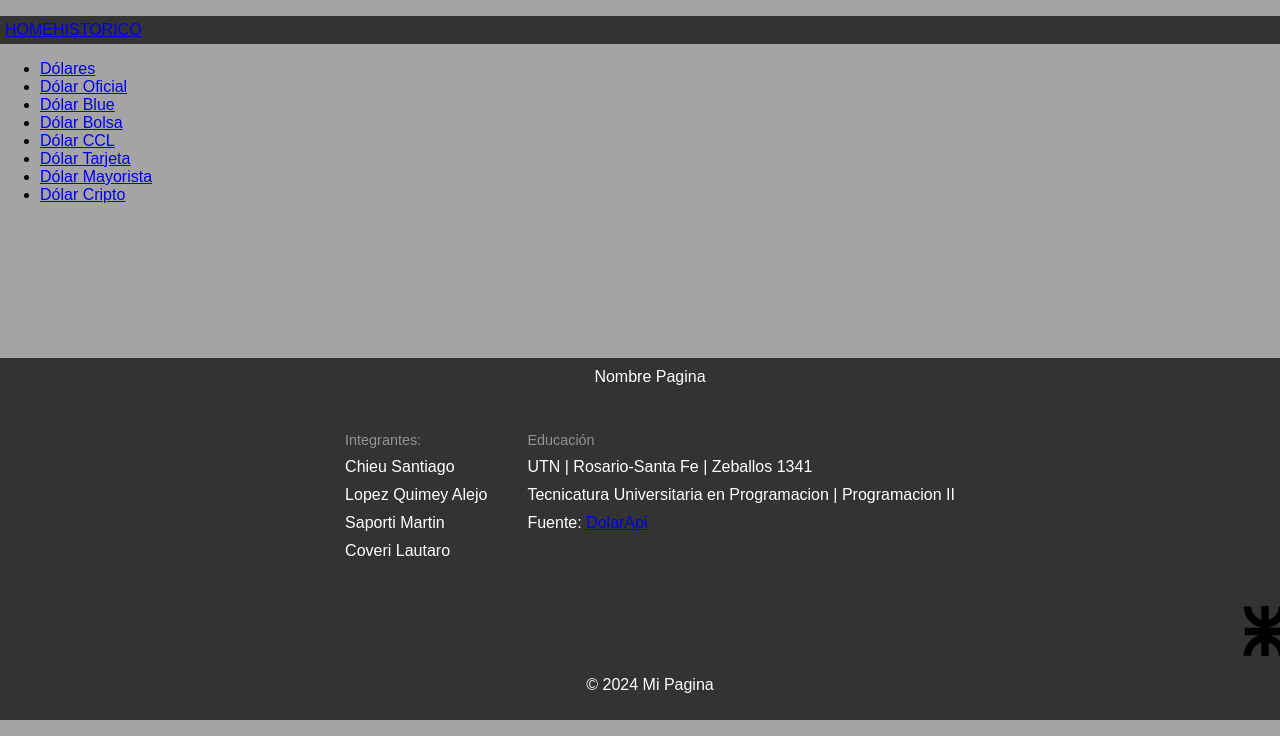
Repository: QuimeyAlejo/TP-Prog
Page: Tp-Prog/Client/index.html
An editor plug-in stored every save of this project. The page is shown before and after the next save, followed by the edit.
The browser window is 1280 px wide. The pictures show the whole page.
The page's requests for data from a server got no answer.

Above is the page before, as saved 2024-09-26 21:02:42.

### Tp-Prog/Client/index.html
<!DOCTYPE html>
<html lang="en">

<head>
    <meta charset="UTF-8">
    <meta name="viewport" content="width=device-width, initial-scale=1.0">
    <link rel="stylesheet" href="styles.css">
    <title>DolarApi</title>

</head>

<body>
    <nav class="menu">
        <ul>
            <li><a href="#">HOME</a></li>
            <li><a href="#">HISTORICO</a></li>
        </ul>
    </nav>
    <aside>
        <ul>
            <li><a href="#">Dólares</a></li>
            <li><a href="#">Dólar Oficial</a></li>
            <li><a href="#">Dólar Blue</a></li>
            <li><a href="#">Dólar Bolsa </a></li>
            <li><a href="#">Dólar CCL</a></li>
            <li><a href="#">Dólar Tarjeta</a></li>
            <li><a href="#">Dólar Mayorista</a></li>
            <li><a href="#">Dólar Cripto</a></li>
        </ul>

    </aside>

</body>

<body>
    <footer>
        <span class="titulo-pagina">Nombre Pagina</span>

        <div class="info">

            <ul>
                <li class="titulo">Integrantes:</li>
                <li>Chieu Santiago</li>
                <li>Lopez Quimey Alejo</li>
                <li>Saporti Martin</li>
                <li>Coveri Lautaro</li>
            </ul>

            <ul>
                <li class="titulo">Educación</li>
                <li>UTN | Rosario-Santa Fe | Zeballos 1341</li>
                <li>Tecnicatura Universitaria en Programacion | Programacion II</li>
                <li>Fuente: <a href="https://dolarapi.com/docs/">DolarApi</a></li>
            </ul>
        </div>
        <div align="right">
            <img src="./Img/utn.png" alt="Logo UTN" height="50px" width="50px">
        </div>
        <p> &copy; 2024 Mi Pagina</p>
    </footer>

</body>

</html>

### Tp-Prog/Client/styles.css
body {
    background-color: #a5a3a3;
    font-family: Arial, Helvetica, sans-serif;
    margin: 0;
    padding: 0;
    height: 100vh;
}

footer {
    background-color: #333;
    color: #fff;
    text-align: center;
    padding: 10px;
    position: fixed;
    bottom: 0;
    width: 100%;
    z-index: -1;
}

.titulo {
    font-size: 1.5em;
}

footer ul {
    list-style-type: none;
    padding: 0;
    text-align: left;
}

footer ul li {
    margin: 10px 10px;
}

.info {
    display: flex;
    justify-content: center;
    margin-block: 20px;
    gap: 20px
}

.titulo {
    font-size: 0.9em;
    color: #949393;
}

nav{
    background-color: #333
}
.header a{
    color: #fff;
    font-size: 1.1em;
    display: flex;
    justify-content: space-around;
}
nav ul{
    list-style-type: none;
    padding: 5px;
    text-align: left;
    display: flex;
}
/* .compra{
    text-align: left;
    padding: 5px;
    float: left;
}
.venta{
    text-align: right;
    padding: 5px;
    float: right;


}
.precio-compra{
    text-align: left;
    padding: 5px;
    flex-direction: column;
}
.precio-venta{
    text-align: right;
    padding: 5px;

}
.dolar-oficial{
    margin-left: 50px;
    max-width: 30%;
    padding: 20px;
    border: solid 2px black;
    list-style-type: none;
    border-radius: 20px;
    background-color: beige;
}

.dolar{
    border-bottom: solid 1px black;
} */

img {
    align-items: right;
    flex-direction: end;
}


.dolar-oficial {
    margin-left: 50px;
    max-width: 30%;
    padding: 20px;
    border: solid 2px black;
    border-radius: 20px;
    background-color: #F7EDE2;
    display: inline-grid;
    flex-wrap: wrap;
    line-height: 1em;
    width: 201px;
}

.dolar {
    border-bottom: solid 1px black;
    padding-bottom: 10px;
    font-weight: bold;
    margin: 10px;
}

.compra-venta {
    display: flex;
    justify-content: space-between;
    padding-top: 10px;
}

.compra, .venta {
    display: flex;
    flex-direction: column;
    font-weight: bold;
}

.precio-compra, .precio-venta {

    padding-top: 5px;
}

@media screen and (max-width: 600px) {
    .info {
        flex-direction: column;
    }
    footer {
        display: flex;
        flex-direction: column;
        align-items: center;
    }
}

### Tp-Prog/Client/CSS/styles.css
body {
    background-color: #a5a3a3;
    font-family: Arial, Helvetica, sans-serif;
    margin: 0;
    padding: 0;
    height: 100vh;
}

footer {
    background-color: #333;
    color: #fff;
    text-align: center;
    padding: 10px;
    position: fixed;
    bottom: 0;
    width: 100%;
    z-index: -1;
}

.titulo {
    font-size: 1.5em;
}

footer ul {
    list-style-type: none;
    padding: 0;
    text-align: left;
}

footer ul li {
    margin: 10px 10px;
}

.info {
    display: flex;
    justify-content: center;
    margin-block: 20px;
    gap: 20px
}

.titulo {
    font-size: 0.9em;
    color: #949393;
}

nav{
    background-color: #333
}
.header a{
    color: #fff;
    font-size: 1.1em;
    display: flex;
    justify-content: space-around;
}
nav ul{
    list-style-type: none;
    padding: 5px;
    text-align: left;
    display: flex;
}
/* .compra{
    text-align: left;
    padding: 5px;
    float: left;
}
.venta{
    text-align: right;
    padding: 5px;
    float: right;


}
.precio-compra{
    text-align: left;
    padding: 5px;
    flex-direction: column;
}
.precio-venta{
    text-align: right;
    padding: 5px;

}
.dolar-oficial{
    margin-left: 50px;
    max-width: 30%;
    padding: 20px;
    border: solid 2px black;
    list-style-type: none;
    border-radius: 20px;
    background-color: beige;
}

.dolar{
    border-bottom: solid 1px black;
} */

img {
    align-items: right;
    flex-direction: end;
}


.dolar-oficial {
    margin-left: 50px;
    max-width: 30%;
    padding: 20px;
    border: solid 2px black;
    border-radius: 20px;
    background-color: #F7EDE2;
    display: inline-grid;
    flex-wrap: wrap;
    line-height: 1em;
    width: 201px;
}

.dolar {
    border-bottom: solid 1px black;
    padding-bottom: 10px;
    font-weight: bold;
    margin: 10px;
}

.compra-venta {
    display: flex;
    justify-content: space-between;
    padding-top: 10px;
}

.compra, .venta {
    display: flex;
    flex-direction: column;
    font-weight: bold;
}

.precio-compra, .precio-venta {

    padding-top: 5px;
}

@media screen and (max-width: 600px) {
    .info {
        flex-direction: column;
    }
    footer {
        display: flex;
        flex-direction: column;
        align-items: center;
    }
}

### Tp-Prog/Client/Script/integrador.js
const getDolares = async () => {   // async devuelve automaticamente una promesa
  // no ahorramos un choclo de codigo y no usamos .then
  try { // y try catch es para manejar mas facil el tema de errores, muy grotesco decirlo como un ternario o un if
     const response = await fetch("https://dolarapi.com/v1/dolares") // await sirve para esperar que
     // la promesa se cumpla antes de seguir con el codigo, no afecta el resto del codigo solo la funcion en la que se lo llama
     const data = await response.json()
     const cotizaciones =
      data.map( rucula => ({
        nombre: rucula.nombre,
        venta: rucula.venta,
        compra: rucula.compra
      }))
     console.log("cotizacion de la rucula ", data)
       return cotizaciones;
  } catch (error) {
    console.error('Error al obtener el Dólar Oficial:', error);
  }
 }

 getDolares()


const getCotizaciones = async () => {
  try {
    const response = await fetch("https://dolarapi.com/v1/cotizaciones")
    const data2 = await response.json()
    const cotizaciones =
    data2.map(moneda => ({
      nombre:moneda.nombre,
      venta:moneda.venta,
      compra:moneda.compra
    }))
    console.log("cotizacion de la moneda ", data2)
    return cotizaciones;
  } catch (error) {
    console.log("Error al obtener los datos de la cotizacion Euro", error);
  }
}


getCotizaciones()

After the next save:
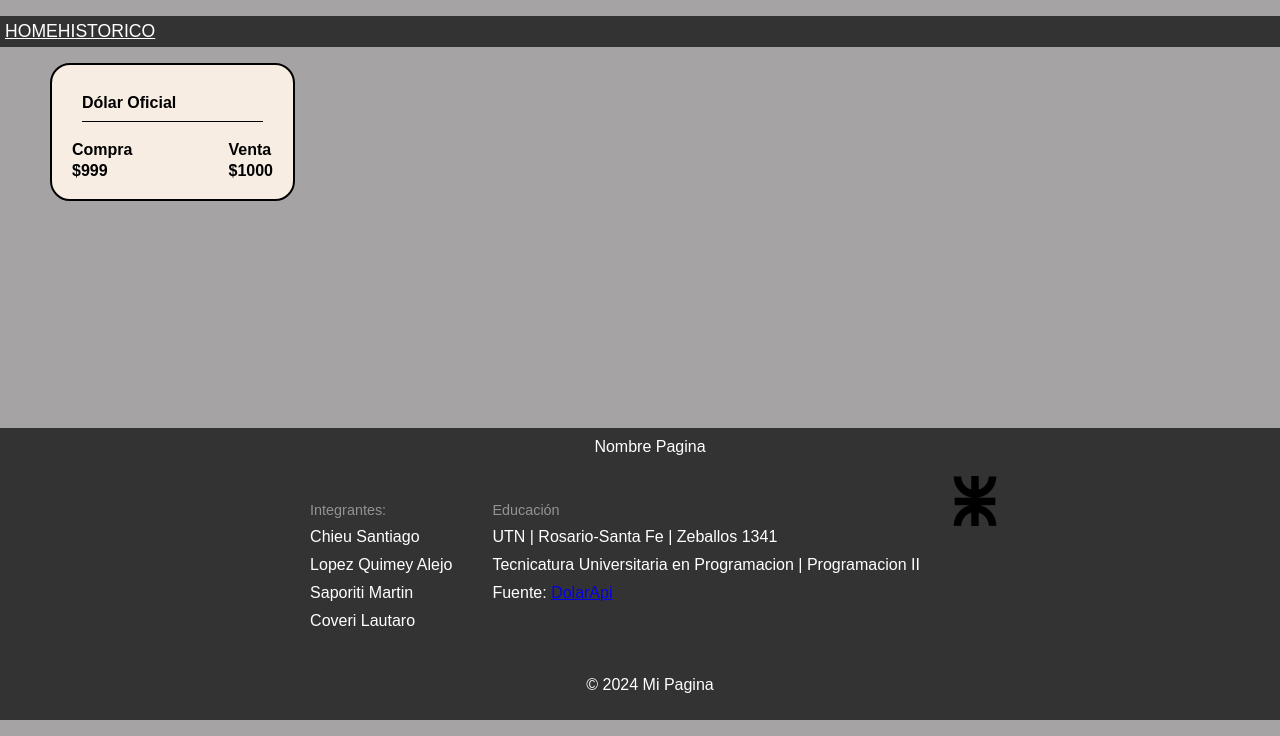
Not found: Tp-Prog/Server/server.py
Saved 8 days later.
--- a/Tp-Prog/Client/index.html
+++ b/Tp-Prog/Client/index.html
@@ -4,61 +4,67 @@
 <head>
     <meta charset="UTF-8">
     <meta name="viewport" content="width=device-width, initial-scale=1.0">
-    <link rel="stylesheet" href="styles.css">
+    <link rel="stylesheet" href="./CSS/styles.css">
+    <script src="./Script/integrador.js" defer></script>
     <title>DolarApi</title>
 
 </head>
-
 <body>
     <nav class="menu">
         <ul>
-            <li><a href="#">HOME</a></li>
-            <li><a href="#">HISTORICO</a></li>
+            <li  class="header"><a href="#">HOME</a></li>
+            <li class="header"><a href="#">HISTORICO</a></li>
         </ul>
     </nav>
-    <aside>
-        <ul>
-            <li><a href="#">Dólares</a></li>
-            <li><a href="#">Dólar Oficial</a></li>
-            <li><a href="#">Dólar Blue</a></li>
-            <li><a href="#">Dólar Bolsa </a></li>
-            <li><a href="#">Dólar CCL</a></li>
-            <li><a href="#">Dólar Tarjeta</a></li>
-            <li><a href="#">Dólar Mayorista</a></li>
-            <li><a href="#">Dólar Cripto</a></li>
-        </ul>
 
-    </aside>
+
+    <div class="dolar-oficial">
+        <div class="dolar">Dólar Oficial</div>
+        <div class="compra-venta">
+            <div class="compra">
+                <span>Compra</span>
+                <span class="precio-compra">$999</span>
+            </div>
+            <div class="venta">
+                <span>Venta</span>
+                <span class="precio-venta">$1000</span>
+            </div>
+        </div>
+
+    </div>
+
+       <div>
+
+           <footer>
+               <span class="titulo-pagina">Nombre Pagina</span>
+
+               <div class="info">
+
+                   <ul>
+                       <li class="titulo">Integrantes:</li>
+                       <li>Chieu Santiago</li>
+                       <li>Lopez Quimey Alejo</li>
+                       <li>Saporiti Martin</li>
+                       <li>Coveri Lautaro</li>
+                   </ul>
+
+                   <ul>
+                       <li class="titulo">Educación</li>
+                       <li>UTN | Rosario-Santa Fe | Zeballos 1341</li>
+                       <li>Tecnicatura Universitaria en Programacion | Programacion II</li>
+                       <li>Fuente: <a href="https://dolarapi.com/docs/">DolarApi</a></li>
+                   </ul>
+
+                   <img src="./Img/utn.png" alt="Logo UTN" height="50px" width="50px">
+               </div>
+               <p> &copy; 2024 Mi Pagina</p>
+               </footer>
 
 </body>
 
-<body>
-    <footer>
-        <span class="titulo-pagina">Nombre Pagina</span>
 
-        <div class="info">
 
-            <ul>
-                <li class="titulo">Integrantes:</li>
-                <li>Chieu Santiago</li>
-                <li>Lopez Quimey Alejo</li>
-                <li>Saporti Martin</li>
-                <li>Coveri Lautaro</li>
-            </ul>
+<script src="../Server/server.py"></script>
 
-            <ul>
-                <li class="titulo">Educación</li>
-                <li>UTN | Rosario-Santa Fe | Zeballos 1341</li>
-                <li>Tecnicatura Universitaria en Programacion | Programacion II</li>
-                <li>Fuente: <a href="https://dolarapi.com/docs/">DolarApi</a></li>
-            </ul>
-        </div>
-        <div align="right">
-            <img src="./Img/utn.png" alt="Logo UTN" height="50px" width="50px">
-        </div>
-        <p> &copy; 2024 Mi Pagina</p>
-    </footer>
-
-</body>
 
 </html>
